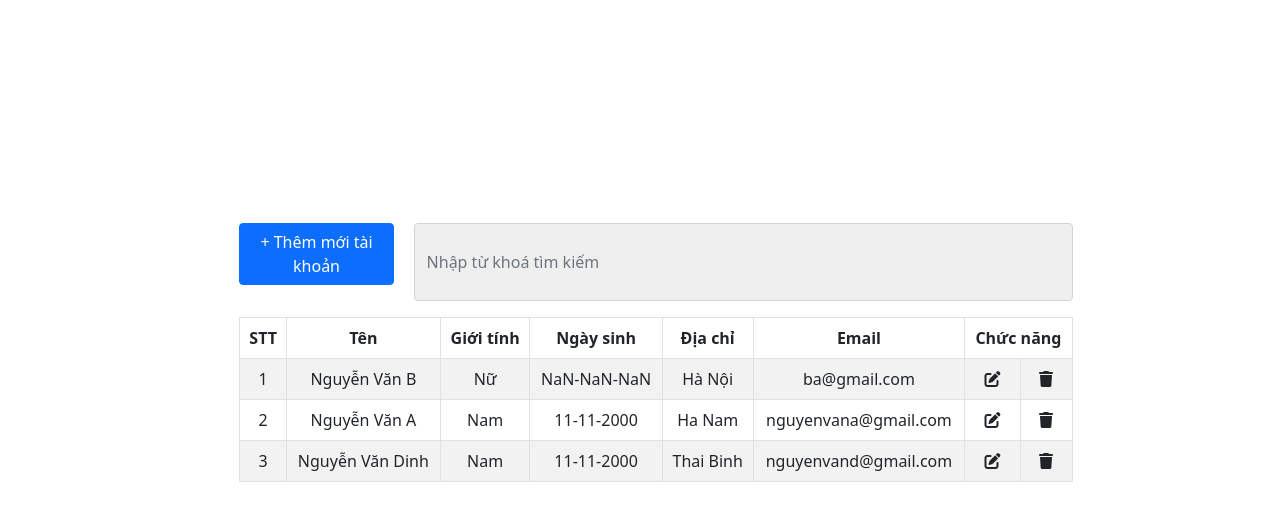
Repository: TinhTT336/MD02_Session12
Page: / (app in client/)
The author's editor kept a copy of each file at every save. The page is drawn from the files as they stood at one save, then again after the next save.
The browser window is 1280 px wide. The pictures show the whole page.
The project was rebuilt for these pictures with package versions that can differ from the ones it lists, and the page was loaded fresh each time. Requests to the local data server were answered from the project's data file. Also part of the build but not shown: client/vite.config.js, client/src/components/admin/manager-product/FormAdd.jsx, client/src/components/admin/manager-product/FormEdit.jsx, client/src/pages/product/ListProduct.jsx, client/src/components/admin/manager-user/FormAddUser.jsx, client/src/components/admin/manager-user/FormEditUser.jsx.

Above is the page before, as saved 2023-09-12 09:41:00.

After the next save:
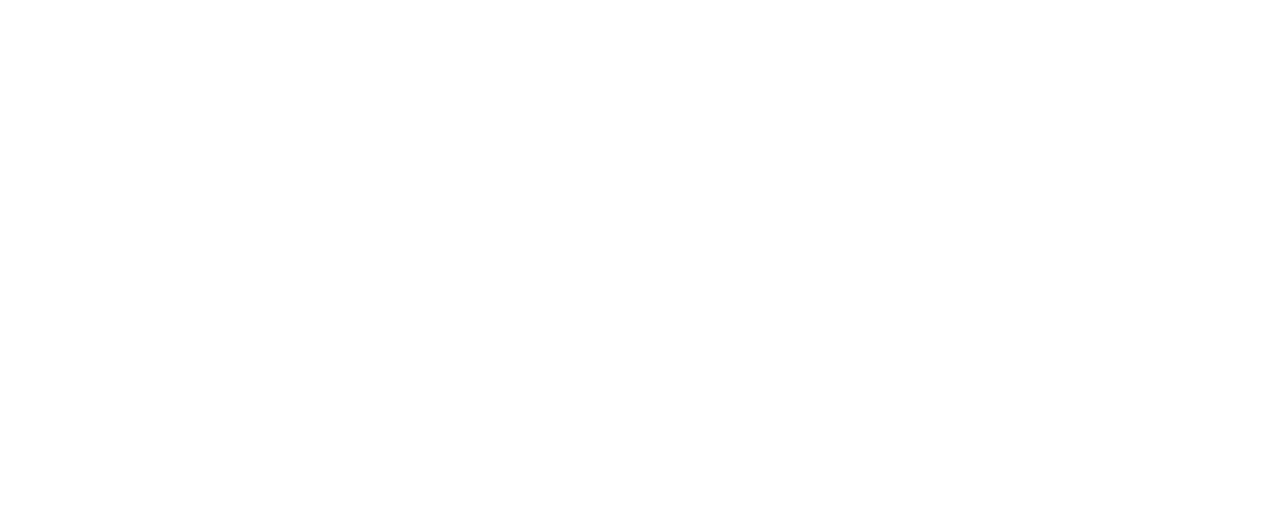
Console error: ReferenceError: searchText is not defined
Saved 66 s later.
--- a/client/src/pages/admin/ListUser.jsx
+++ b/client/src/pages/admin/ListUser.jsx
@@ -65,7 +65,8 @@
             <div className='container d-flex align-items-center  flex-column m-3'>
                 <div className='d-flex justify-content-between mb-3' style={{ width: "100%", gap: "20px" }}>
                     <button onClick={handleShow} className='btn btn-primary mb-3'>+ Thêm mới tài khoản</button>
-                    <input type="text" name="" id="" className="form-control" placeholder='Nhập từ khoá tìm kiếm' />
+                    <input value={searchText}
+                        onChange={(e) => setSearchText(e.target.value)} type="text" name="" id="" className="form-control" placeholder='Nhập từ khoá tìm kiếm' />
                 </div>
                 <table className='table table-striped table-hover table-bordered'>
                     <thead>

After the 2 saves that followed:
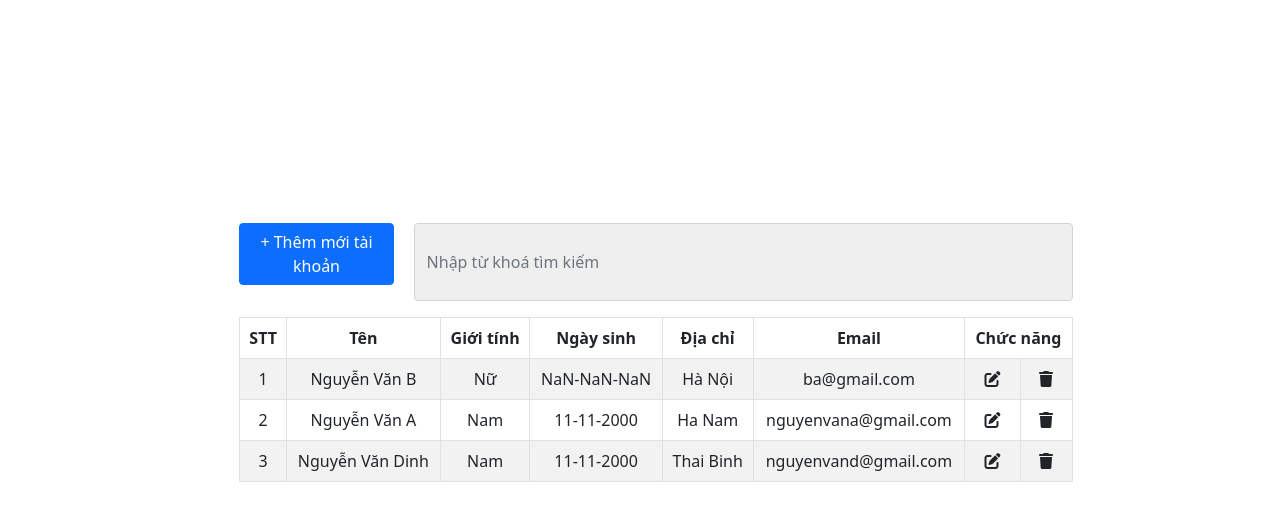
The error is gone.
The 2 saves are shown as one change because 1 left the picture as it was.
The last was saved 58 s later.
--- a/client/src/pages/admin/ListUser.jsx
+++ b/client/src/pages/admin/ListUser.jsx
@@ -10,6 +10,7 @@
     const [show, setShow] = useState(false);
     const [showEdit, setShowEdit] = useState(false);
     const [idEdit, setIdEdit] = useState(null);
+    const [searchText, setSearchText] = useState("");
     // goi API lấy tất cả thông tin
     const loadData = () => {
         axios.get("http://localhost:8000/users")
